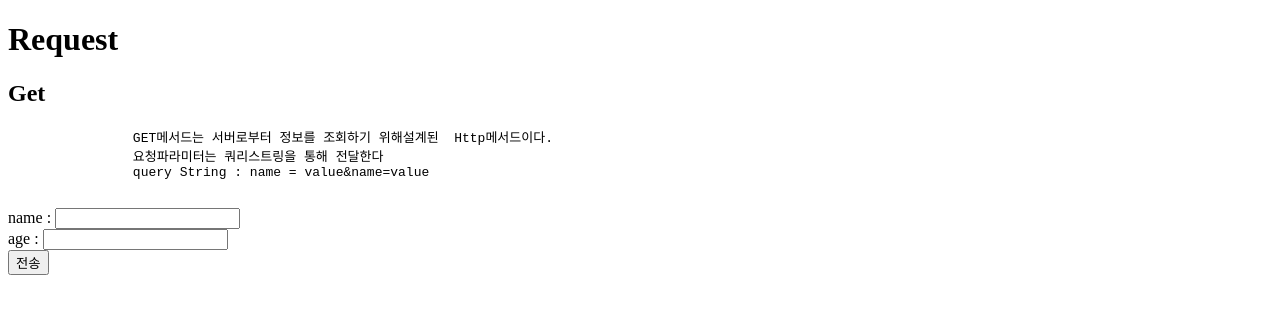
Repository: vaynel/StudyFile
Page: H_spring/spring04_servlet/WebContent/a_request.html
These files come from the project's save history. The page is drawn as it stood at one moment and after the next save; the edit follows.
The browser window is 1280 px wide. The pictures show the whole page.

Above is the page before, as saved 2023-01-18 01:45:16.

After the next save:
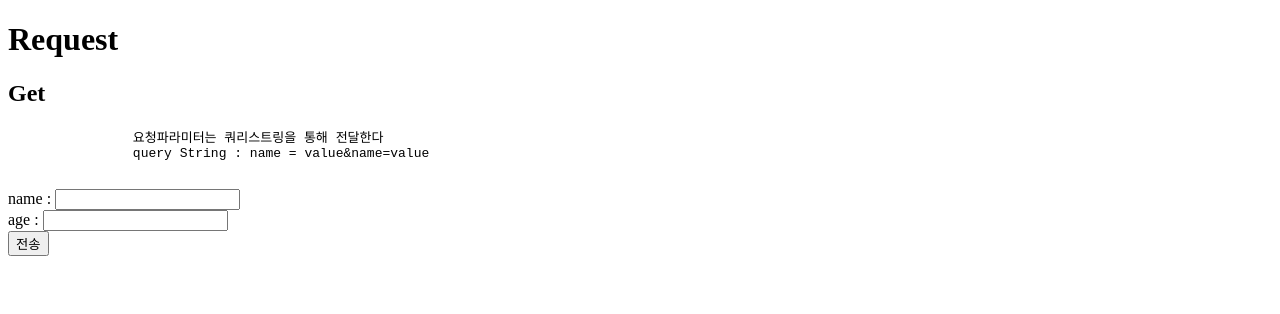
Saved 2 min 58 s later.
--- a/H_spring/spring04_servlet/WebContent/a_request.html
+++ b/H_spring/spring04_servlet/WebContent/a_request.html
@@ -9,7 +9,6 @@
 	<h1>Request</h1>
 	<h2>Get</h2>
 	<pre>
-		GET메서드는 서버로부터 정보를 조회하기 위해설계된  Http메서드이다.
 		요청파라미터는 쿼리스트링을 통해 전달한다
 		query String : name = value&name=value
 	</pre>
